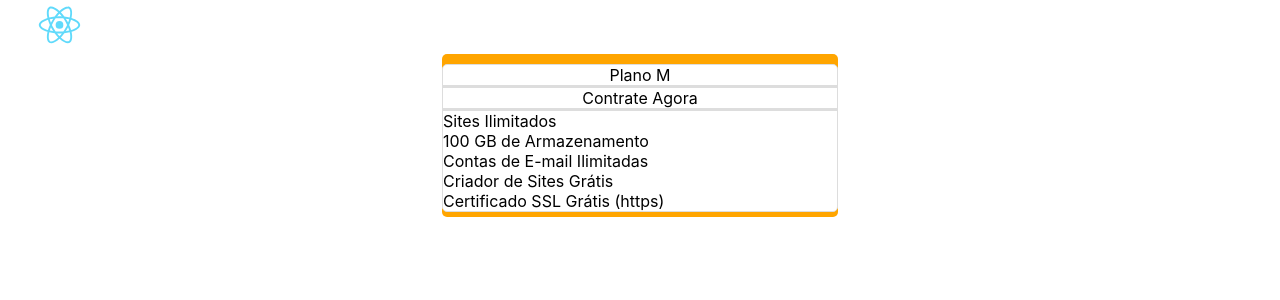
Repository: gatomazi/hostgatorFrontend
Page: /
An editor plug-in stored every save of this project. The page is shown before and after the next save, followed by the edit.
The browser window is 1280 px wide. The pictures show the whole page.
The project was rebuilt for these pictures with package versions that can differ from the ones it lists, and the page was loaded fresh each time.

Above is the page before, as saved 2020-01-24 11:12:36.

### src/App.js
import React from "react";

import "./App.css";
import Topbar from "./components/Topbar";
import Plano from "./components/Plano";
function App() {
  return (
    <div className="App">
      <Topbar />
      <Plano />
    </div>
  );
}

export default App;

### src/components/Topbar.js
import React from "react";

import logo from "../logo.svg";
// import { Link } from "react-router-dom";

import { makeStyles } from "@material-ui/core/styles";
import Grid from "@material-ui/core/Grid";
import Container from "@material-ui/core/Container";

const useStyles = makeStyles(theme => ({
  root: {
    flexGrow: 1
  }
}));

const Topbar = () => {
  const classes = useStyles();
  return (
    <div className={classes.root}>
      <Container maxWidth="lg">
        <Grid item xs={12} style={{ textAlign: "left" }}>
          <img
            style={{ height: 50 }}
            src={logo}
            className="Navbar-logo"
            alt="logo"
          />
        </Grid>
      </Container>
    </div>
  );
};

export default Topbar;

### src/components/Plano.js
import React from "react";
import "./Plano.scss";

import Grid from "@material-ui/core/Grid";
import Container from "@material-ui/core/Container";

const Plano = () => {
  return (
    <div className="root">
      <Container maxWidth="xs">
        <Grid className="orangePlanBg" item xs={12}>
          <div className="planCard">
            <div>Plano M</div>
            <div className="insideDivisor">Contrate Agora</div>
            <div style={{ textAlign: "left" }}>
              <div>Sites Ilimitados</div>
              <div>100 GB de Armazenamento</div>
              <div>Contas de E-mail Ilimitadas</div>
              <div>Criador de Sites Grátis</div>
              <div>Certificado SSL Grátis (https)</div>
            </div>
          </div>
        </Grid>
      </Container>
    </div>
  );
};

const borderColor = "#ddd";

export default Plano;

### src/components/Plano.scss
.root {
  flex-grow: 1;
}
.orangePlanBg {
  background-color: orange;
  padding-bottom: 5px;
  padding-top: 10px;
  border-radius: 5px;
}
.planCard {
  background-color: #fff;
  border: 1px solid #ddd;
  border-radius: 5px;
}

.insideDivisor {
  border: 0 0.5 0 0.5;
  border-bottom-color: #ddd;
  border-bottom-style: solid;
  /* border-bottom: 0.5; */
  border-top-color: #ddd;
  border-top-style: solid;
  /* border-top: 0.5; */
}

Loaded but not shown: public/index.html (common file); src/index.js (common file); src/index.css (common file); src/serviceWorker.js (common file); src/App.css (common file)

After the next save:
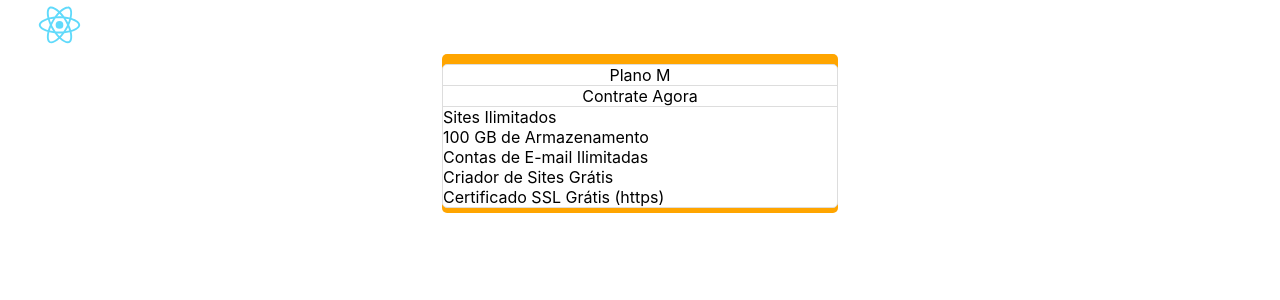
Saved 58 s later.
--- a/src/components/Plano.scss
+++ b/src/components/Plano.scss
@@ -14,10 +14,11 @@
 }
 
 .insideDivisor {
-  border: 0 0.5 0 0.5;
+  border-bottom: 0.5px;
   border-bottom-color: #ddd;
   border-bottom-style: solid;
   /* border-bottom: 0.5; */
+  border-top: 0.5px;
   border-top-color: #ddd;
   border-top-style: solid;
   /* border-top: 0.5; */
